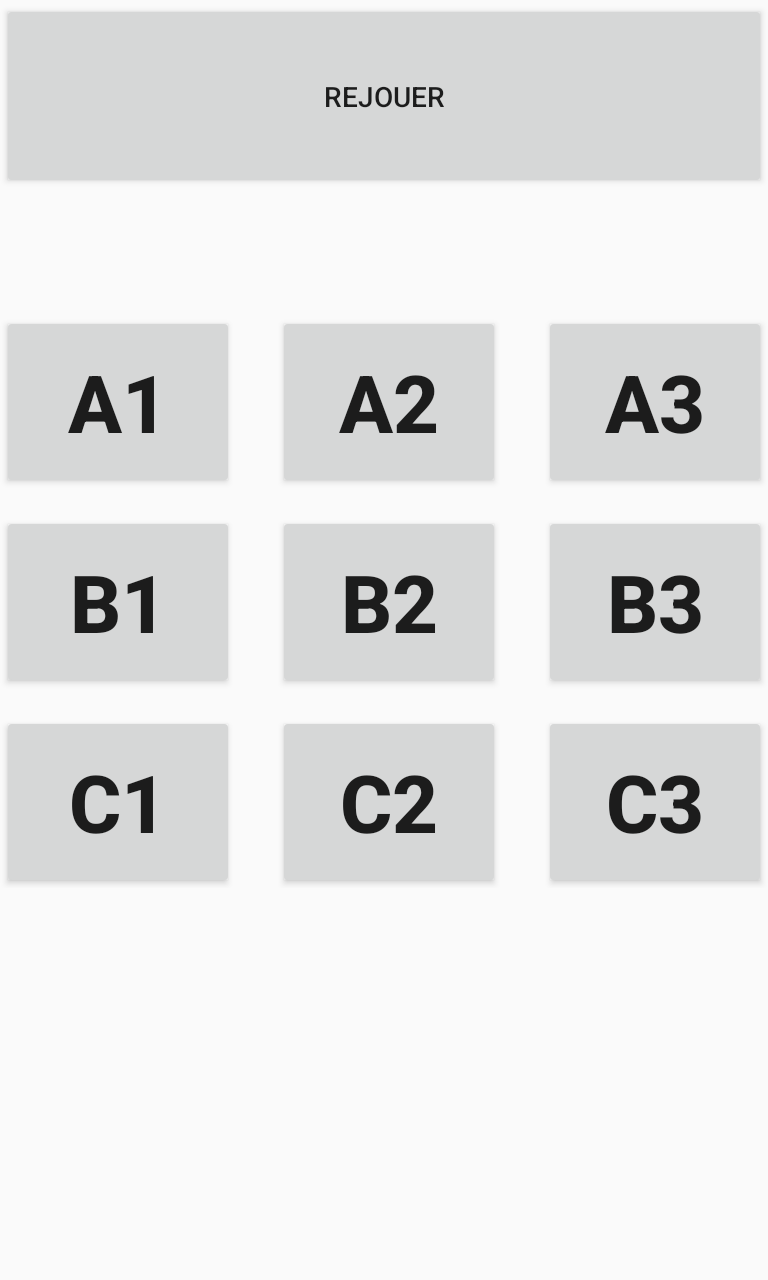
Repository: chakrinamo/Projet_S4_TicTacToe
Layout: Tic_Tac_Toe/res/layout/activity_main.xml
The author's editor kept a copy of each file at every save. The layout is drawn from the files as they stood at one save, then again after the next save.
It is drawn on a 768 x 1280 px phone screen (xhdpi) without system bars, with theme AppTheme; the app's code is not run.

Above is the layout before, as saved 2015-02-24 06:20:07.

### Tic_Tac_Toe/res/layout/activity_main.xml
<LinearLayout xmlns:android="http://schemas.android.com/apk/res/android"
    xmlns:tools="http://schemas.android.com/tools"
    android:layout_width="match_parent"
    android:layout_height="match_parent"
    android:orientation="vertical"
    tools:context="${relativePackage}.${activityClass}" >

    <LinearLayout
        android:layout_width="fill_parent"
        android:layout_height="wrap_content"
        android:orientation="horizontal" >

        <Button
            android:id="@+id/Rejouer"
            android:layout_width="fill_parent"
            android:layout_height="96dp"
            android:layout_marginBottom="60dp"
            android:text="REJOUER"/>

    </LinearLayout>

    <LinearLayout
        android:layout_width="fill_parent"
        android:layout_height="wrap_content"
        android:orientation="horizontal"
        android:layout_marginBottom="10dp" >

        <Button
            android:id="@+id/A1"
            android:layout_width="fill_parent"
            android:layout_height="90dp"
            android:layout_marginRight="10dp"
            android:layout_weight="1"
            android:text="A1"
            android:textSize="40dp"
            android:textStyle="bold" />

        <Button
            android:id="@+id/A2"
            android:layout_width="fill_parent"
            android:layout_height="90dp"
            android:layout_marginLeft="10dp"
            android:layout_marginRight="5dp"
            android:layout_weight="1"
            android:text="A2"
            android:textSize="40dp"
            android:textStyle="bold" />

        <Button
            android:id="@+id/A3"
            android:layout_width="fill_parent"
            android:layout_height="90dp"
            android:layout_marginLeft="15dp"
            android:layout_weight="1"
            android:text="A3"
            android:textSize="40dp"
            android:textStyle="bold" />

    </LinearLayout>

    <LinearLayout
        android:layout_width="fill_parent"
        android:layout_height="wrap_content"
        android:orientation="horizontal"
        android:layout_marginBottom="10dp">

        <Button
            android:id="@+id/B1"
            android:layout_width="fill_parent"
            android:layout_height="90dp"
            android:layout_marginRight="10dp"
            android:layout_weight="1"
            android:text="B1"
            android:textSize="40dp"
            android:textStyle="bold" />

        <Button
            android:id="@+id/B2"
            android:layout_width="fill_parent"
            android:layout_height="90dp"
            android:layout_marginLeft="10dp"
            android:layout_marginRight="5dp"
            android:layout_weight="1"
            android:text="B2"
            android:textSize="40dp"
            android:textStyle="bold" />

        <Button
            android:id="@+id/B3"
            android:layout_width="fill_parent"
            android:layout_height="90dp"
            android:layout_marginLeft="15dp"
            android:layout_weight="1"
            android:text="B3"
            android:textSize="40dp"
            android:textStyle="bold" />

    </LinearLayout>

    <LinearLayout
        android:layout_width="fill_parent"
        android:layout_height="88dp"
        android:orientation="horizontal"
        android:layout_marginBottom="10dp" >

        <Button
            android:id="@+id/C1"
            android:layout_width="fill_parent"
            android:layout_height="90dp"
            android:layout_marginRight="10dp"
            android:layout_weight="1"
            android:text="C1"
            android:textSize="40dp"
            android:textStyle="bold" />

        <Button
            android:id="@+id/C2"
            android:layout_width="fill_parent"
            android:layout_height="90dp"
            android:layout_marginLeft="10dp"
            android:layout_marginRight="5dp"
            android:layout_weight="1"
            android:text="C2"
            android:textSize="40dp"
            android:textStyle="bold" />

        <Button
            android:id="@+id/C3"
            android:layout_width="fill_parent"
            android:layout_height="90dp"
            android:layout_marginLeft="15dp"
            android:layout_weight="1"
            android:text="C3"
            android:textSize="40dp"
            android:textStyle="bold" />

    </LinearLayout>

</LinearLayout>

Loaded but not shown: Tic_Tac_Toe/res/values/styles.xml (common file); Tic_Tac_Toe/res/values-v11/styles.xml (common file); Tic_Tac_Toe/res/values-v14/styles.xml (common file)

After the next save:
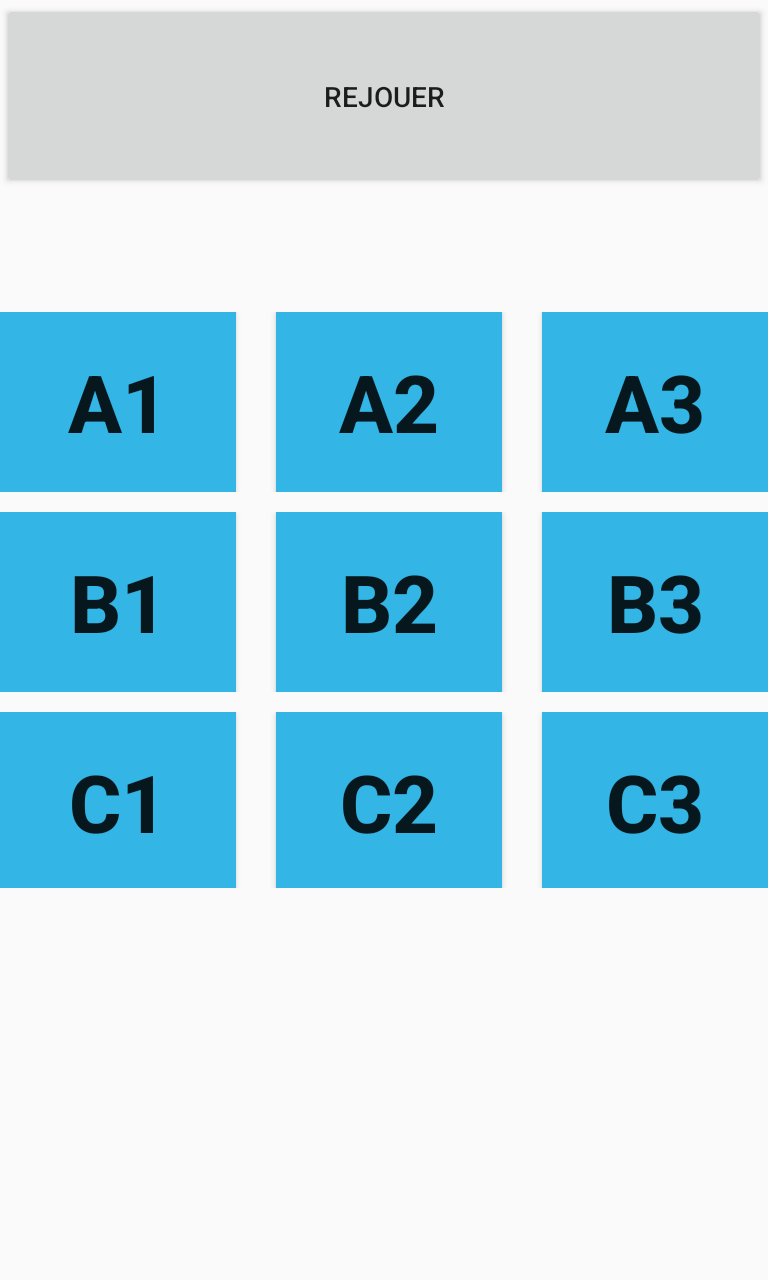
Saved 5 min 21 s later.
--- a/Tic_Tac_Toe/res/layout/activity_main.xml
+++ b/Tic_Tac_Toe/res/layout/activity_main.xml
@@ -23,7 +23,7 @@
         android:layout_width="fill_parent"
         android:layout_height="wrap_content"
         android:orientation="horizontal"
-        android:layout_marginBottom="10dp" >
+        android:layout_marginBottom="10dp">
 
         <Button
             android:id="@+id/A1"
@@ -33,7 +33,8 @@
             android:layout_weight="1"
             android:text="A1"
             android:textSize="40dp"
-            android:textStyle="bold" />
+            android:textStyle="bold"
+         	android:background="#33b5e5" />
 
         <Button
             android:id="@+id/A2"
@@ -44,7 +45,8 @@
             android:layout_weight="1"
             android:text="A2"
             android:textSize="40dp"
-            android:textStyle="bold" />
+            android:textStyle="bold"
+            android:background="#33b5e5"/>
 
         <Button
             android:id="@+id/A3"
@@ -54,7 +56,8 @@
             android:layout_weight="1"
             android:text="A3"
             android:textSize="40dp"
-            android:textStyle="bold" />
+            android:textStyle="bold"
+            android:background="#33b5e5"/>
 
     </LinearLayout>
 
@@ -72,7 +75,8 @@
             android:layout_weight="1"
             android:text="B1"
             android:textSize="40dp"
-            android:textStyle="bold" />
+            android:textStyle="bold"
+            android:background="#33b5e5"/>
 
         <Button
             android:id="@+id/B2"
@@ -83,7 +87,8 @@
             android:layout_weight="1"
             android:text="B2"
             android:textSize="40dp"
-            android:textStyle="bold" />
+            android:textStyle="bold"
+            android:background="#33b5e5"/>
 
         <Button
             android:id="@+id/B3"
@@ -93,7 +98,8 @@
             android:layout_weight="1"
             android:text="B3"
             android:textSize="40dp"
-            android:textStyle="bold" />
+            android:textStyle="bold"
+            android:background="#33b5e5"/>
 
     </LinearLayout>
 
@@ -111,7 +117,8 @@
             android:layout_weight="1"
             android:text="C1"
             android:textSize="40dp"
-            android:textStyle="bold" />
+            android:textStyle="bold"
+            android:background="#33b5e5"/>
 
         <Button
             android:id="@+id/C2"
@@ -122,7 +129,8 @@
             android:layout_weight="1"
             android:text="C2"
             android:textSize="40dp"
-            android:textStyle="bold" />
+            android:textStyle="bold"
+            android:background="#33b5e5"/>
 
         <Button
             android:id="@+id/C3"
@@ -132,7 +140,8 @@
             android:layout_weight="1"
             android:text="C3"
             android:textSize="40dp"
-            android:textStyle="bold" />
+            android:textStyle="bold"
+            android:background="#33b5e5"/>
 
     </LinearLayout>
 
